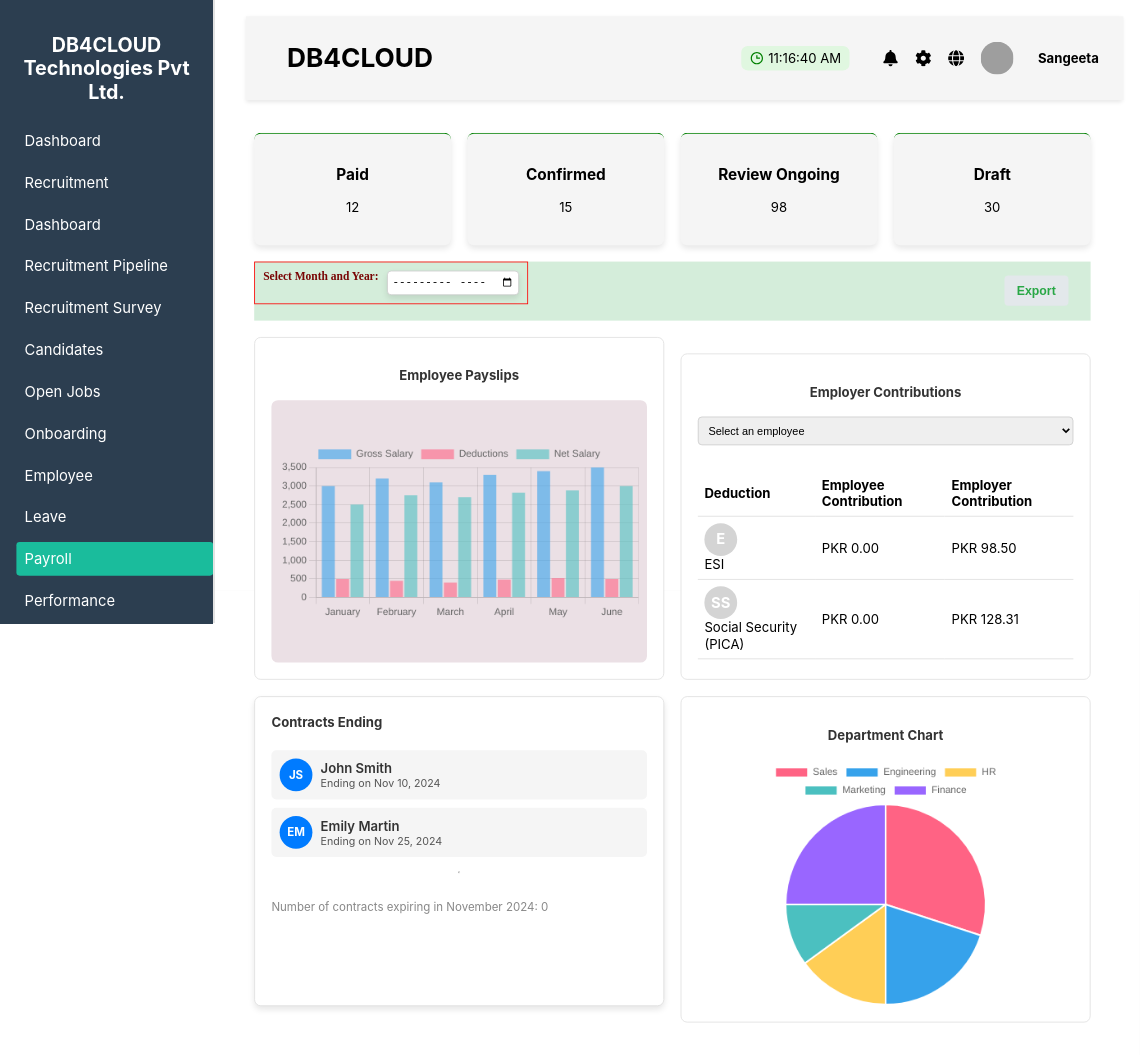
Repository: tinu-ns/Dev-code
Page: /payroll/payroll-dashboard (app in HRMS-DEMO-Sang/hrms/)
An editor plug-in stored every save of this project. The page is shown before and after the next save, followed by the edit.
The browser window is 1280 px wide. The page is 1390 px wide, so the pictures cover 1390 px, including what lies to the right of the window. The pictures show the whole page, at 82% of full size.
Pictures or frames that could not be fetched are drawn as grey boxes. The project was rebuilt for these pictures with package versions that can differ from the ones it lists, and the page was loaded fresh each time. Also part of the build but not shown: HRMS-DEMO-Sang/hrms/src/components/Dashboard.js, HRMS-DEMO-Sang/hrms/src/components/Recruitment/RecruitmentDashboard.js, HRMS-DEMO-Sang/hrms/src/components/Recruitment/RecruitmentPipeline.js, HRMS-DEMO-Sang/hrms/src/components/Payroll/Allowances.js, HRMS-DEMO-Sang/hrms/src/components/Payroll/Contract.js, HRMS-DEMO-Sang/hrms/src/components/Payroll/Deductions.js, HRMS-DEMO-Sang/hrms/src/components/Payroll/Payslips.js, HRMS-DEMO-Sang/hrms/src/components/MainContent.css and 3 more.

Above is the page before, as saved 2024-11-06 15:23:14.

After the next save:
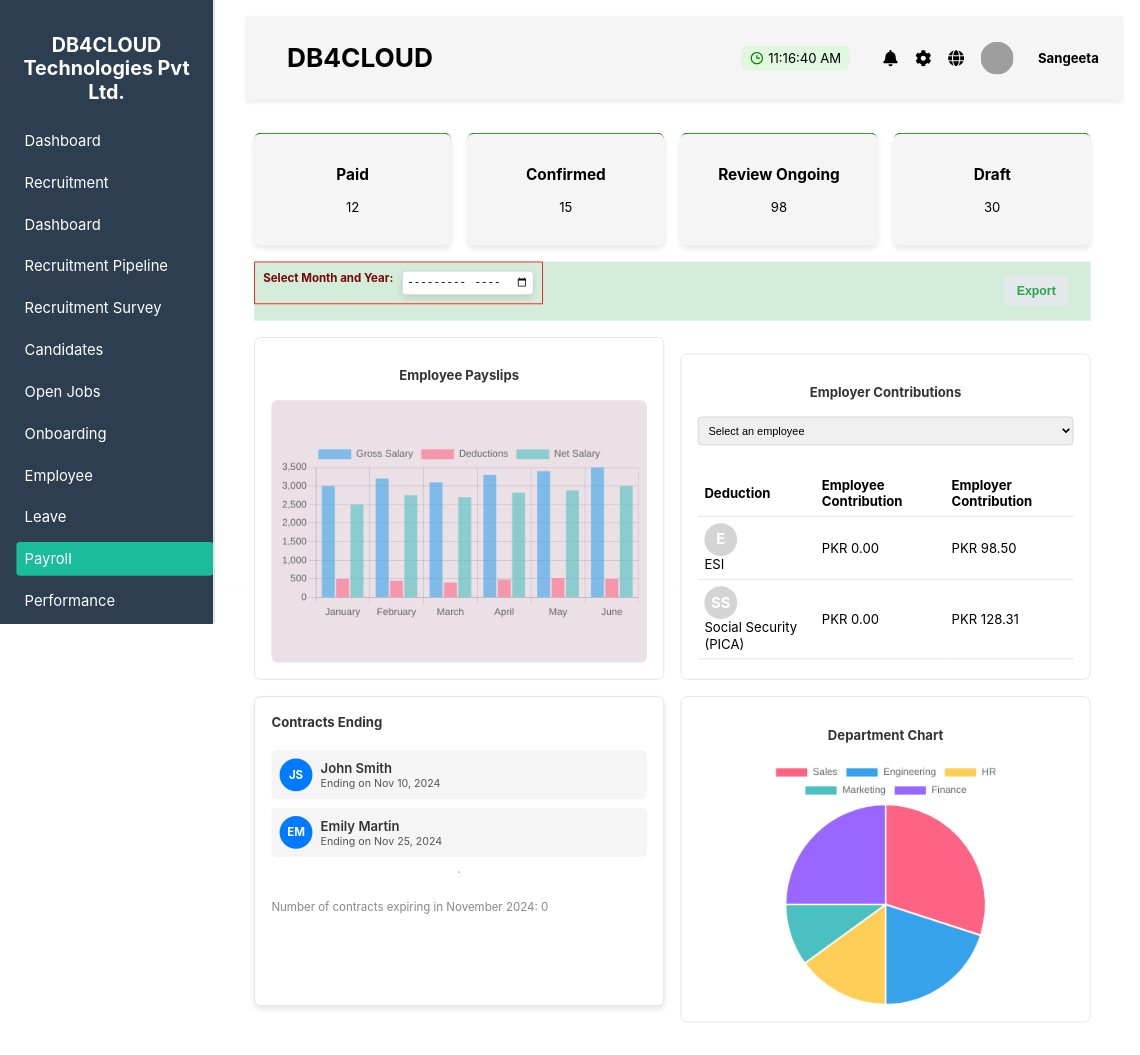
Saved 13 s later.
--- a/HRMS-DEMO-Sang/hrms/src/components/Payroll/PayrollDashboard.css
+++ b/HRMS-DEMO-Sang/hrms/src/components/Payroll/PayrollDashboard.css
@@ -140,7 +140,7 @@
   background-color: #d4edda;
   text-align: center;
   align-self: center;
-  font-family: "Sans-serif";
+
 
 }
 
